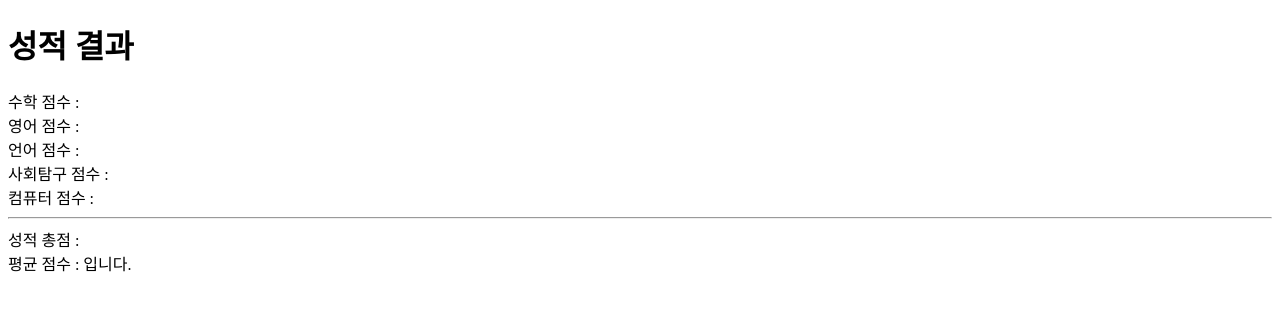
Repository: KindRichMan/Spring
Page: http://localhost/SpringBasic/WEB-INF/views/scoreResult.jsp
The author's editor kept a copy of each file at every save. The page is drawn from the files as they stood at one save, then again after the next save.
The browser window is 1280 px wide. The pictures show the whole page.
The page is served by Tomcat 9. Nobody is signed in. The template is opened directly, without the code that normally fills it, so the values that code supplies are empty.

Above is the page before, as saved 2022-03-31 00:37:48.

After the next save:
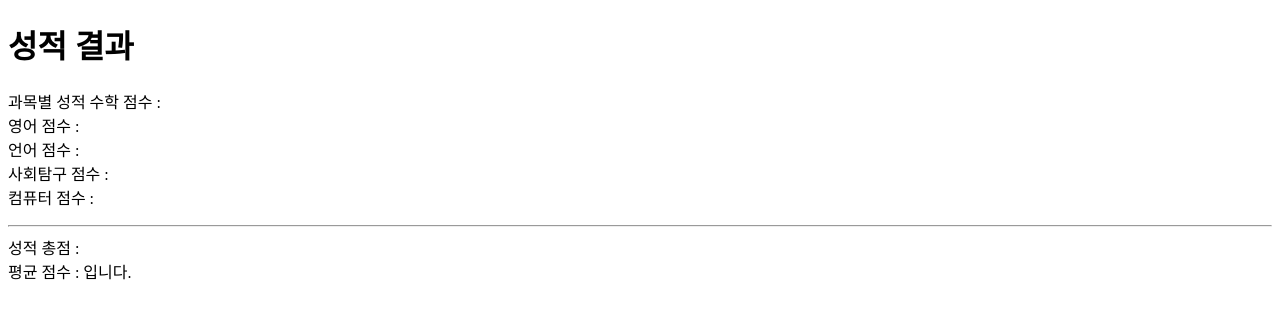
Saved 46 s later.
--- a/SpringBasic/src/main/webapp/WEB-INF/views/scoreResult.jsp
+++ b/SpringBasic/src/main/webapp/WEB-INF/views/scoreResult.jsp
@@ -8,6 +8,7 @@
 </head>
 <body>
     <h1>성적 결과</h1>
+    <p>과목별 성적
    수학 점수 : ${math }<br/>
    영어 점수 : ${eng }<br/>
    언어 점수 : ${lan }<br/>
